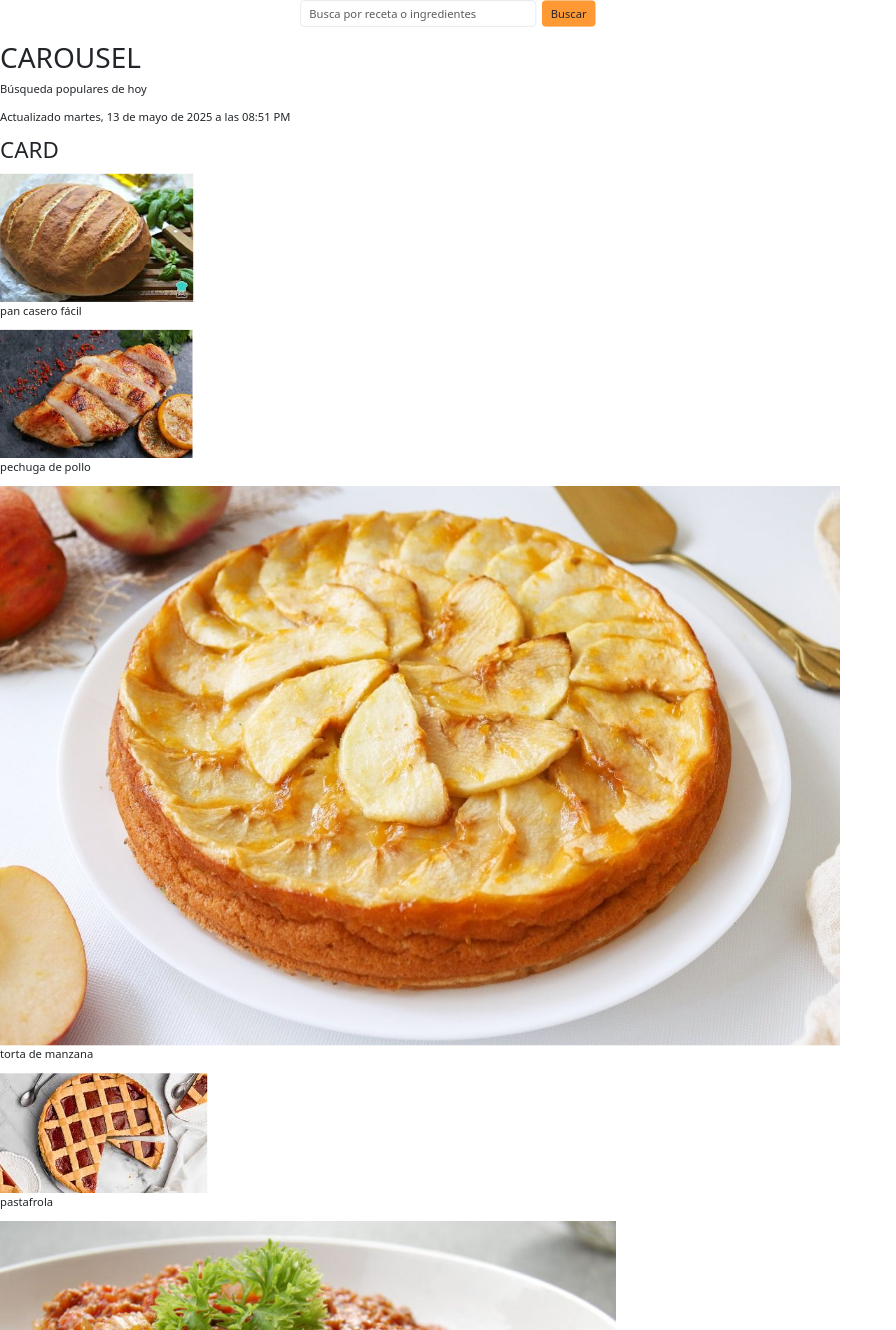
Repository: lucasp3113/coockpad
Page: index.html
These files come from the project's save history. The page is drawn as it stood at one moment and after the next save; the edit follows.
The browser window is 1280 px wide. The pictures show the part of the page from y = 336 to 2236 px (the page is 3670 px tall), at 70% of full size.
A picture or video elsewhere on the page could not be fetched, so the positions and the page height are approximate.

Above is the page before, as saved 2025-05-15 12:10:36.

### index.html
<!DOCTYPE html>
<html lang="es">
<head>
    <meta charset="UTF-8" />
    <meta name="viewport" content="width=device-width, initial-scale=1.0" />
    <title>cookpad</title>
    <link href="https://cdn.jsdelivr.net/npm/bootstrap@5.3.6/dist/css/bootstrap.min.css" rel="stylesheet" integrity="sha384-4Q6Gf2aSP4eDXB8Miphtr37CMZZQ5oXLH2yaXMJ2w8e2ZtHTl7GptT4jmndRuHDT" crossorigin="anonymous">
    <script src="https://cdn.jsdelivr.net/npm/bootstrap@5.3.6/dist/js/bootstrap.bundle.min.js" integrity="sha384-j1CDi7MgGQ12Z7Qab0qlWQ/Qqz24Gc6BM0thvEMVjHnfYGF0rmFCozFSxQBxwHKO" crossorigin="anonymous"></script>
    <link rel="stylesheet" href="style.css"/>
</head>
<body>
    <header class="d-flex flex-row d-flex justify-content-center d-flex align-items-center m-3">
        <img src="logo_coockpad.png" alt="" />
        <h1>cookpad</h1>
    </header>
    <nav class="d-flex flex-row d-flex justify-content-center d-flex align-items-center m-3">
        <input type="text" class="form-control m-1 w-30" placeholder="Busca por receta o ingredientes"/>
        <button type="submit" class="btn btn-orange m-1">Buscar</button>
    </nav>
    <main>
        <section>
            <h1>CAROUSEL</h1>
        </section>
        <article>
            <p>Búsqueda populares de hoy</p>
            <p>Actualizado martes, 13 de mayo de 2025 a las 08:51  PM</p>
        </article>
        <section>
            <section>
                <figure>
                    <h2>CARD</h2>
                </figure>
                <figure>
                    <img src="pan.png" alt="" />
                    <p>pan casero fácil</p>
                </figure>
                <figure>
                    <img src="pechuga.png" alt="" />
                    <p>pechuga de pollo</p>
                </figure>
                <figure>
                    <img src="tarta-de-manzana.png" alt="" />
                    <p>torta de manzana</p>
                </figure>
            </div>
            </section>
            <section>
                <figure>
                    <img src="pastaflora.png" alt="" />
                    <p>pastafrola</p>
                </figure>
                <figure>
                    <img src="fideos.jpg" alt="" />
                    <p>fideos caseros</p>
                </figure>
                <figure>
                    <img src="panqueques.jpeg" alt="" />
                    <p>panqueques para canelones</p>
                </figure>
                <figure>
                    <img src="locro.png" alt="" />
                    <p>locro argentino</p>
                </figure>
            </section>
        </section>
    </main>
</body>
</html>

### style.css
.btn-orange{
    background-color: rgb(255, 153, 51);

}

.w-30{
    width: 27%;
}

After the next save:
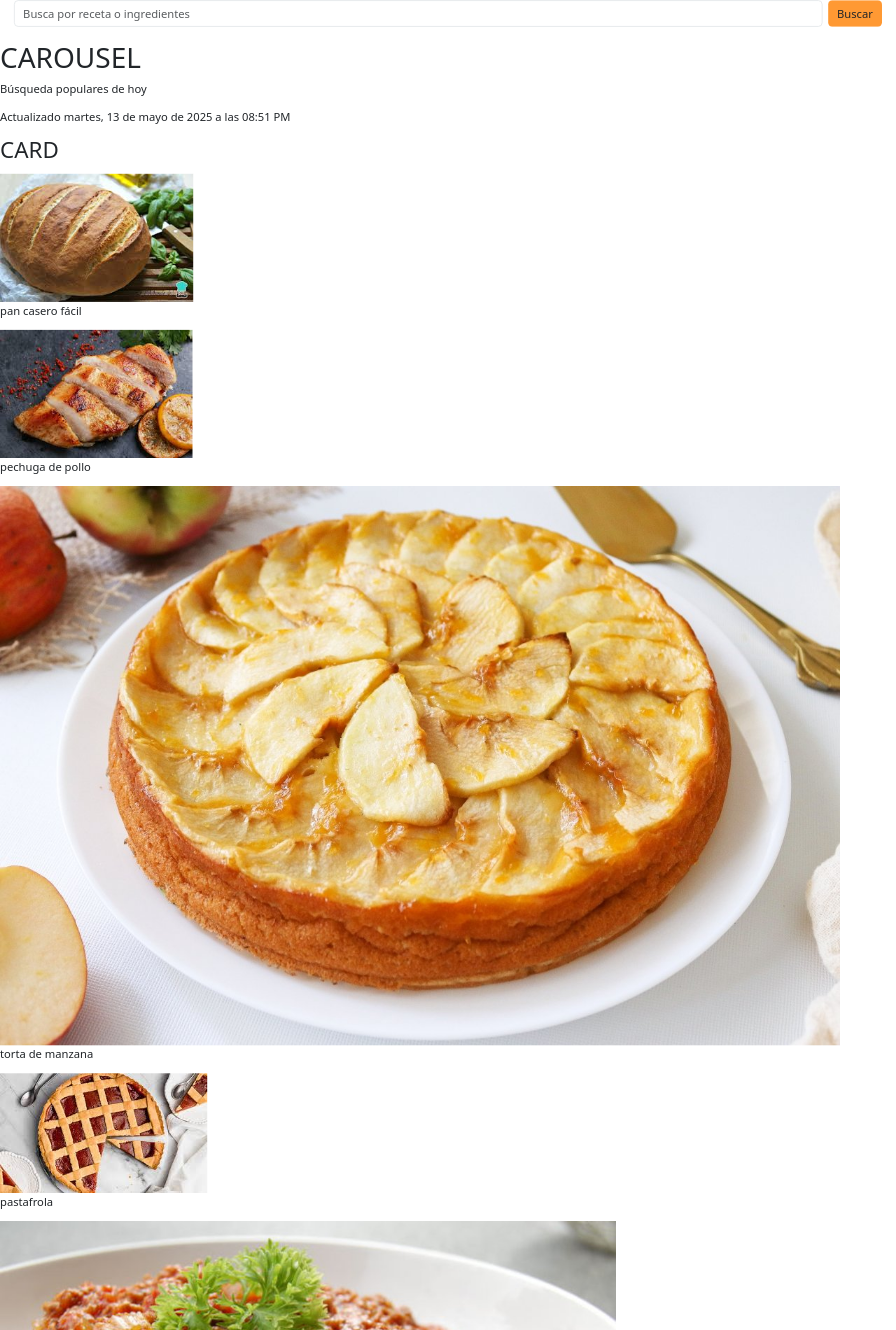
Saved 13 s later.
--- a/style.css
+++ b/style.css
@@ -3,6 +3,6 @@
 
 }
 
-.w-30{
+.w-27{
     width: 27%;
 }

After the save that followed:
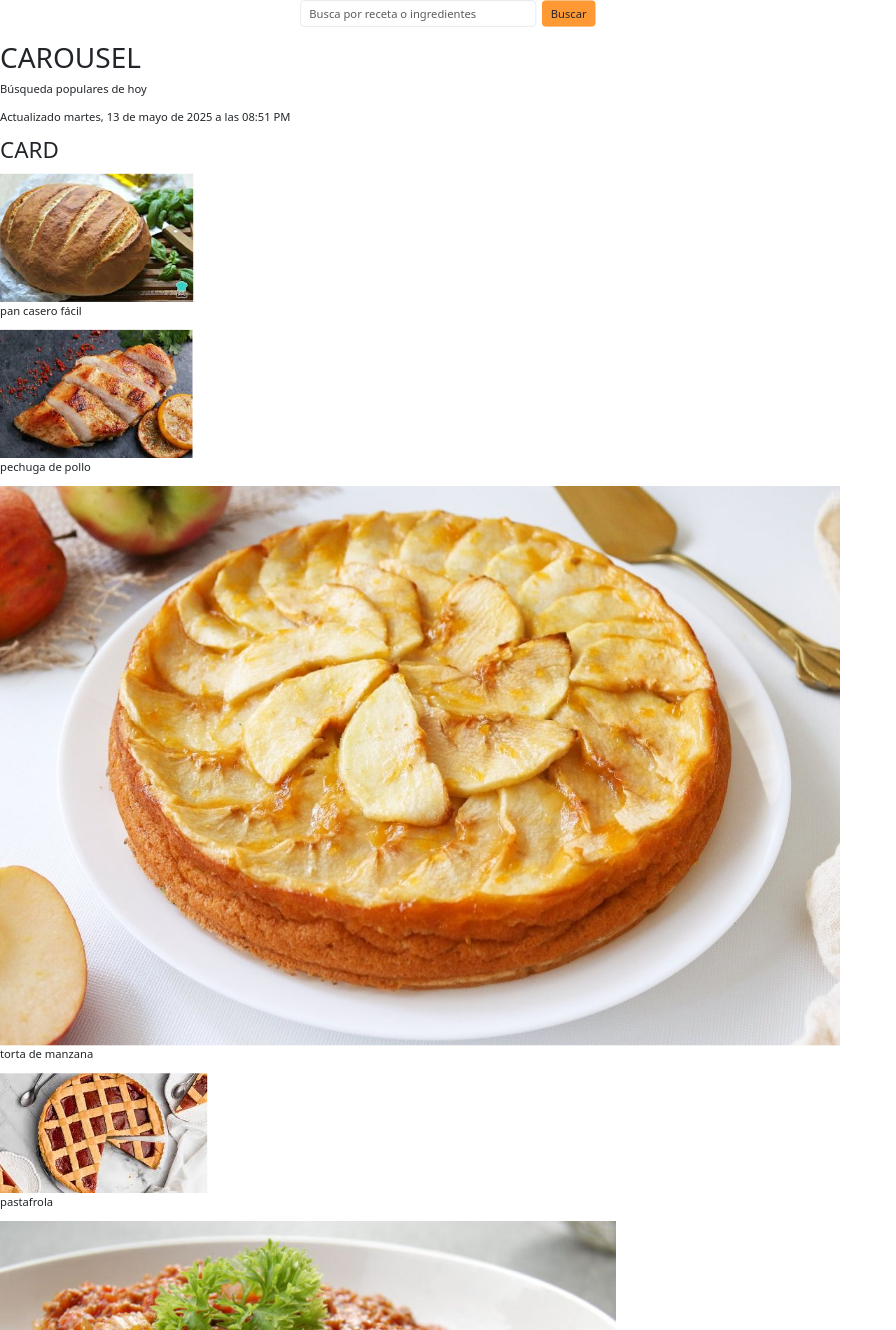
Saved 4 s later.
--- a/index.html
+++ b/index.html
@@ -14,7 +14,7 @@
         <h1>cookpad</h1>
     </header>
     <nav class="d-flex flex-row d-flex justify-content-center d-flex align-items-center m-3">
-        <input type="text" class="form-control m-1 w-30" placeholder="Busca por receta o ingredientes"/>
+        <input type="text" class="form-control m-1 w-27" placeholder="Busca por receta o ingredientes"/>
         <button type="submit" class="btn btn-orange m-1">Buscar</button>
     </nav>
     <main>
